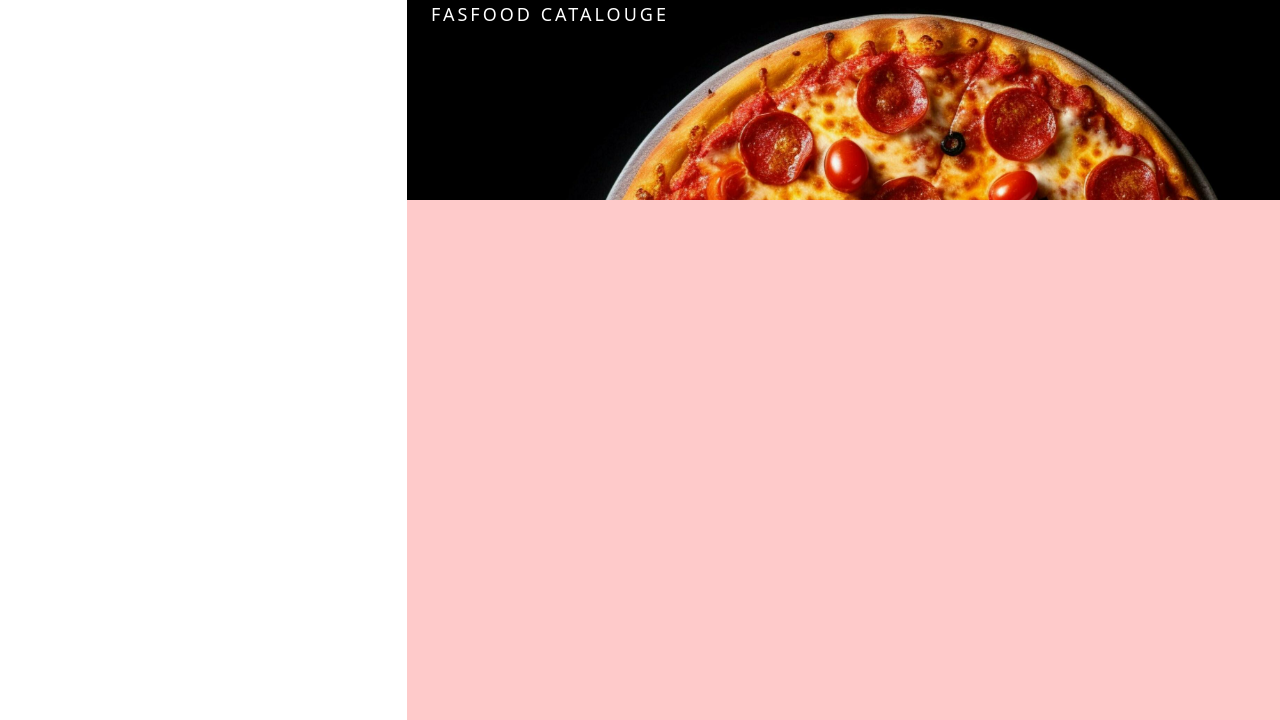
Repository: zahranaserii/FastFoodProject
Page: /
An editor plug-in stored every save of this project. The page is shown before and after a run of saves, followed by the edit.
The browser window is 1280 px wide. The pictures show the whole page.
The project was rebuilt for these pictures with package versions that can differ from the ones it lists, and the page was loaded fresh each time.

Above is the page before, as saved 2023-11-17 11:29:57.

### public/index.html
<!DOCTYPE html>
<html lang="fa" dir="rtl">
  <head>
    <meta charset="utf-8" />
    <meta name="viewport" content="width=device-width, initial-scale=1" />
    <meta name="theme-color" content="#000000" />
    <meta
      name="description"
      content="Web site created using create-react-app"
    />
    <link rel="apple-touch-icon" href="%PUBLIC_URL%/logo192.png" />
    <!--
      manifest.json provides metadata used when your web app is installed on a
      user's mobile device or desktop. See https://developers.google.com/web/fundamentals/web-app-manifest/
    -->
    <link rel="manifest" href="%PUBLIC_URL%/manifest.json" />
    <!--
      Notice the use of %PUBLIC_URL% in the tags above.
      It will be replaced with the URL of the `public` folder during the build.
      Only files inside the `public` folder can be referenced from the HTML.

      Unlike "/favicon.ico" or "favicon.ico", "%PUBLIC_URL%/favicon.ico" will
      work correctly both with client-side routing and a non-root public URL.
      Learn how to configure a non-root public URL by running `npm run build`.
    -->
    <title>React App</title>
  </head>
  <body>
    <noscript>You need to enable JavaScript to run this app.</noscript>
    <div id="root"></div>
    <!--
      This HTML file is a template.
      If you open it directly in the browser, you will see an empty page.

      You can add webfonts, meta tags, or analytics to this file.
      The build step will place the bundled scripts into the <body> tag.

      To begin the development, run `npm start` or `yarn start`.
      To create a production bundle, use `npm run build` or `yarn build`.
    -->
  </body>
</html>

### src/App.js
import "./App.css";
import Header from "./Header/Header";

function App() {
  return (
    <div className="bg-red-200 max-w-5xl container">
      <Header />
    </div>
  );
}

export default App;

### src/Header/Header.jsx
import React from "react";
import "./header.css";
const Header = () => {
  return (
    <header className="bg-cover">
      <div className="px-6">
        <h1 className="text-white text-lg text-end uppercase">
          fasfood catalouge
        </h1>
      </div>
    </header>
  );
};

export default Header;

### src/Header/header.css
header {
  height: 200px;
  background: url("../assets/images/of-pizza-with-no-background-free-photo.jpg");
  letter-spacing: 3px;
}

Loaded but not shown: src/index.js (common file); src/index.css (common file); src/App.css (common file); tailwind.config.js (common file)

After the next 2 saves:
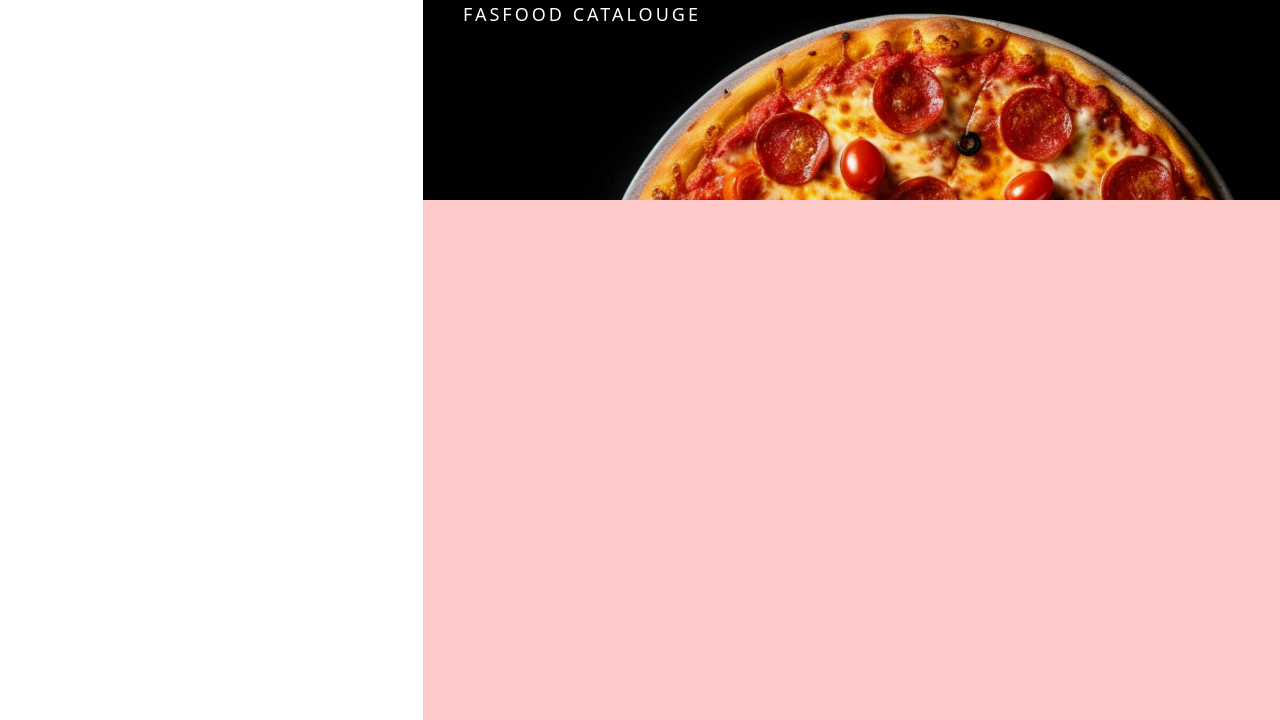
The 2 saves are shown as one change because they came seconds apart.
The last was saved 7 s later.
--- a/src/Header/Header.jsx
+++ b/src/Header/Header.jsx
@@ -3,7 +3,7 @@ import "./header.css";
 const Header = () => {
   return (
     <header className="bg-cover">
-      <div className="px-6">
+      <div className="px-10">
         <h1 className="text-white text-lg text-end uppercase">
           fasfood catalouge
         </h1>
